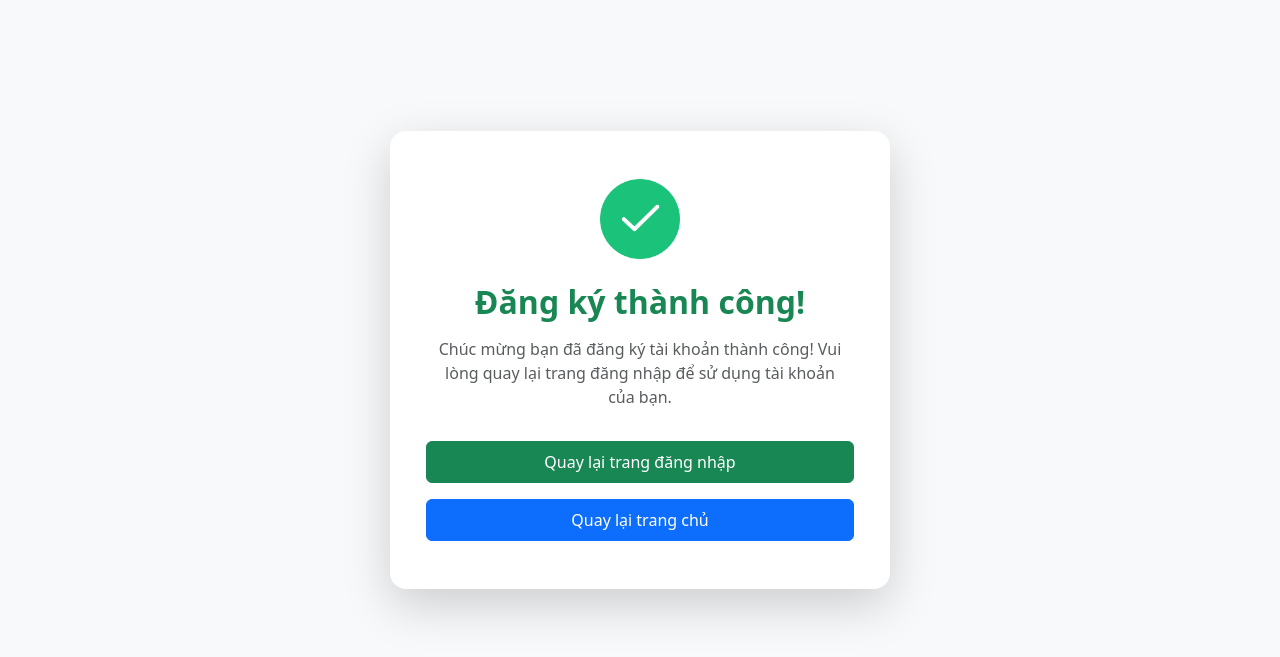
Repository: manhtdxxx/Tour-Booking-Webapp
Page: http://localhost/bookingTour/success.jsp
The author's editor kept a copy of each file at every save. The page is drawn from the files as they stood at one save, then again after the next save.
The browser window is 1280 px wide. The pictures show the whole page.
The page is served by Tomcat 9. Other server files are loaded and not shown.

Above is the page before, as saved 2024-11-07 10:45:20.

### bookingTour/src/main/webapp/success.jsp
<%@ page language="java" contentType="text/html; charset=UTF-8" pageEncoding="UTF-8"%>
<!DOCTYPE html>
<html>
<head>
<meta charset="UTF-8">
<title>Đăng ký thành công!</title>
<meta name="viewport" content="width=device-width, initial-scale=1">
<link href="https://cdn.jsdelivr.net/npm/bootstrap@5.3.3/dist/css/bootstrap.min.css"
	rel="stylesheet">
<script src="https://cdn.jsdelivr.net/npm/bootstrap@5.3.3/dist/js/bootstrap.bundle.min.js"></script>

<style>
.btn {
	white-space: nowrap; /* Prevent text wrapping in the button */
}
</style>
</head>

<body class="d-flex align-items-center justify-content-center vh-100 bg-light">
	<!-- Card -->
	<div class="card text-center shadow-lg rounded-4" style="max-width: 500px; border: none;">
		<div class="card-body p-5">
			<!-- Image Icon -->
			<div class="d-flex justify-content-center mb-4">
				<img src="images/success-icon.png" alt="Success Icon" style="width: 80px; height: 80px;">
			</div>
			<h2 class="card-title text-success fw-bold">Đăng ký thành công!</h2>
			<p class="card-text text-muted my-3">Chúc mừng bạn đã đăng ký tài khoản thành công! Vui lòng
				quay lại trang đăng nhập để sử dụng tài khoản của bạn.</p>

			<!-- Button -->
			<div class="row">
				<a href="login.jsp" class="btn btn-success px-4 py-2 mt-3">Quay lại trang đăng nhập</a>
			</div>
			<div class="row">
				<a href="index.jsp" class="btn btn-primary px-4 py-2 mt-3"> Quay lại trang chủ </a>
			</div>
		</div>
	</div>
</body>

</html>

After the next save:
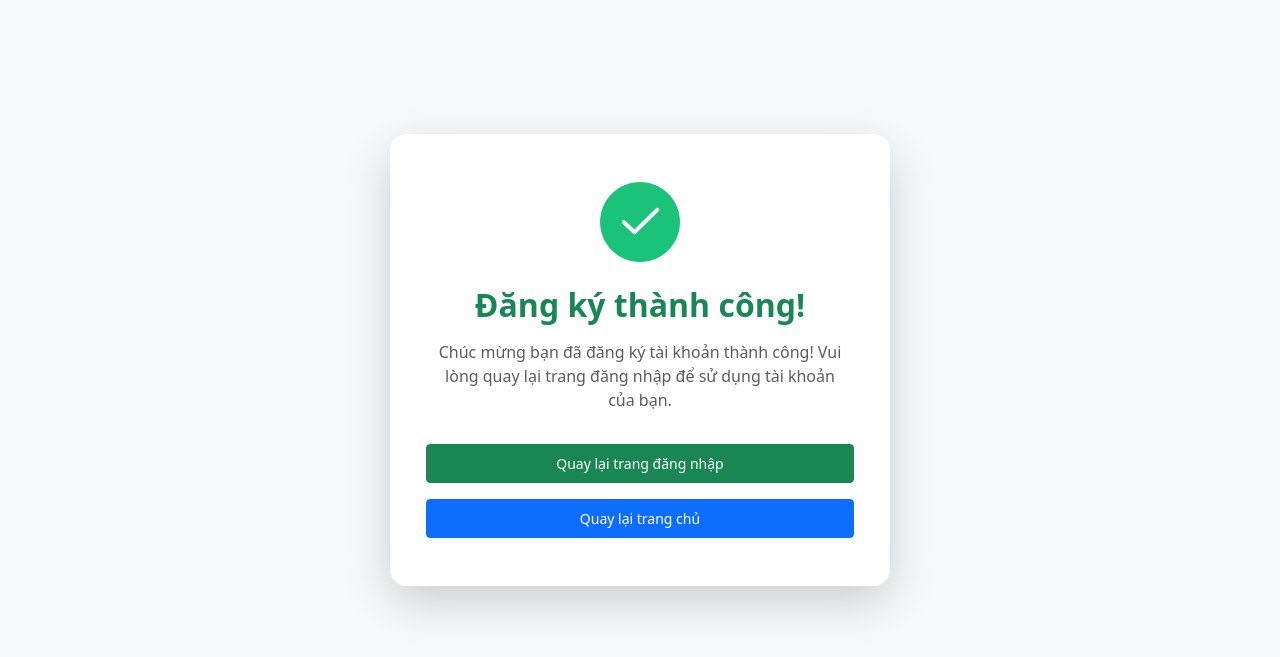
Saved 2 min 24 s later.
--- a/bookingTour/src/main/webapp/success.jsp
+++ b/bookingTour/src/main/webapp/success.jsp
@@ -30,10 +30,10 @@
 
 			<!-- Button -->
 			<div class="row">
-				<a href="login.jsp" class="btn btn-success px-4 py-2 mt-3">Quay lại trang đăng nhập</a>
+				<a href="login.jsp" class="btn btn-sm btn-success px-4 py-2 mt-3">Quay lại trang đăng nhập</a>
 			</div>
 			<div class="row">
-				<a href="index.jsp" class="btn btn-primary px-4 py-2 mt-3"> Quay lại trang chủ </a>
+				<a href="index.jsp" class="btn btn-sm btn-primary px-4 py-2 mt-3"> Quay lại trang chủ </a>
 			</div>
 		</div>
 	</div>
